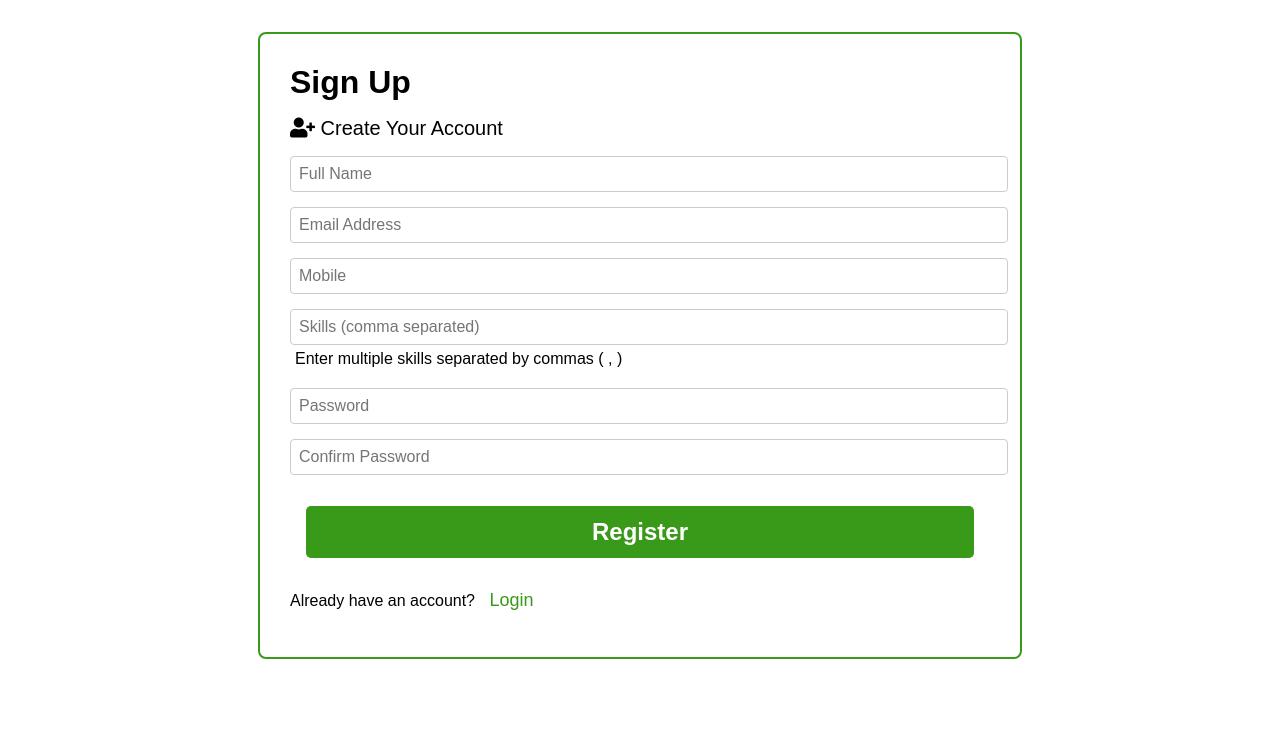
Repository: sayyad-mukthumsa-123/DevMania
Page: /register (app in frontend/)
The author's editor kept a copy of each file at every save. The page is drawn from the files as they stood at one save, then again after the next save.
The browser window is 1280 px wide. The pictures show the whole page.
The project was rebuilt for these pictures with package versions that can differ from the ones it lists, and the page was loaded fresh each time. Also part of the build but not shown: frontend/src/pages/Home.js, frontend/src/pages/login.js, frontend/src/pages/Allprofiles.js, frontend/src/pages/MyProfile.js, frontend/src/pages/Indprofile.js.

Above is the page before, as saved 2025-02-28 23:52:43.

### frontend/public/index.html
<!-- public/index.html -->
<!DOCTYPE html>
<html lang="en">
<head>
  <meta charset="UTF-8">
  <meta name="viewport" content="width=device-width, initial-scale=1.0">
  <title>Developers Hub</title>
  <link rel="stylesheet" href="https://cdnjs.cloudflare.com/ajax/libs/font-awesome/5.15.3/css/all.min.css">
</head>
<body>
  <div id="root"></div>
</body>
</html>

### frontend/src/App.js
import React from 'react'
import {BrowserRouter,Route,Routes} from 'react-router-dom'
import Home from './pages/Home'
import Login from './pages/login'
import Register from './pages/register'
import Allprofiles from './pages/Allprofiles'
import MyProfile from './pages/MyProfile'
import Indprofile from './pages/Indprofile'

const App = () => {
  return (
    <div>

      <BrowserRouter>
      <Routes>
        <Route path='/' exact Component={Home}/>
        <Route path='/login' exact Component={Login}/>
        <Route path='/register' exact Component={Register}/>
        <Route path='/allprofiles' exact Component={Allprofiles}/>
        <Route path='/myprofile' exact Component={MyProfile}/>
        <Route path='/indprofile/:fullname/:email/:skill/:id' exact Component={Indprofile}/>
      </Routes>
      </BrowserRouter>
    </div>
  )
}

export default App

### frontend/src/pages/register.js
import React, { useState } from 'react';
import { Link, useNavigate } from 'react-router-dom';
import axios from 'axios';
import '../styles/styles.css';

const Register = () => {
    const [formData, setFormData] = useState({
        fullname: '',
        email: '',
        mobile: '',
        skill: '',
        password: '',
        confirmPassword: ''
    });

    const navigate = useNavigate();

    const handleChange = e => {
        setFormData({ ...formData, [e.target.name]: e.target.value });
    };

    const handleSubmit = async e => {
        e.preventDefault();

        if (formData.password !== formData.confirmPassword) {
            alert("Passwords do not match");
            return;
        }

        try {
            const response = await axios.post('http://localhost:5000/register', formData, {
                headers: {
                    'Content-Type': 'application/json',
                }
            });

            if (response.status === 200) {
                console.log('Success:', response.data);
                alert('Registration successful! Please log in.');
                navigate('/login');
            } else {
                console.error('Error:', response.statusText);
            }
        } catch (error) {
            console.error('Error:', error);
        }
    };

    return (
        <div>
            <section className="container">
                <h1 className='large'>Sign Up</h1>
                <p className='lead'><i className="fas fa-user-plus"></i> Create Your Account</p>
                <form className='form' onSubmit={handleSubmit} autoComplete='off'>
                    <div className='form-group'>
                        <input
                            type='text'
                            placeholder='Full Name'
                            name="fullname"
                            value={formData.fullname}
                            onChange={handleChange}
                            required
                        />
                    </div>
                    <div className='form-group'>
                        <input
                            type='email'
                            placeholder='Email Address'
                            name="email"
                            value={formData.email}
                            onChange={handleChange}
                            required
                        />
                    </div>
                    <div className='form-group'>
                        <input
                            type='text'
                            placeholder='Mobile'
                            name="mobile"
                            value={formData.mobile}
                            onChange={handleChange}
                            required
                        />
                    </div>
                    <div className='form-group'>
                        <input
                            type='text'
                            placeholder='Skills (comma separated)'
                            name="skill"
                            value={formData.skill}
                            onChange={handleChange}
                            required
                        />
                        <p className='form-text'>Enter multiple skills separated by commas ( , )</p>
                    </div>
                    <div className='form-group'>
                        <input
                            type='password'
                            placeholder='Password'
                            name="password"
                            value={formData.password}
                            onChange={handleChange}
                            minLength='6'
                            required
                        />
                    </div>
                    <div className='form-group'>
                        <input
                            type='password'
                            placeholder='Confirm Password'
                            name="confirmPassword"
                            value={formData.confirmPassword}
                            onChange={handleChange}
                            minLength='6'
                            required
                        />
                    </div>
                    <input type='submit' className='btn' value="Register" />
                </form>
                <p className="text">
                    Already have an account? <Link to="/login" className='link-auth'>Login</Link>
                </p>
            </section>
        </div>
    );
}

export default Register;

### frontend/src/styles/styles.css
/* General reset */
body, html {
  margin: 0;
  padding: 0;
  font-family: Arial, sans-serif;
  width: 100%;
  min-height: 100vh;

}

/* Navbar styles */
.navbar {
  display: flex;
  justify-content: space-between;
  align-items: center;
  padding: 4px;
  font-size: x-large;
  background-color: #22580f
}

.navbar h1 a {
  color: #ffffff;
  text-decoration: none;
}

.navbar ul {
  list-style: none;
  display: flex;
  margin: 0;
  padding: 10px;
  font-size: larger;
}
.navbar ul li
{
  padding: 10px;
  transition: all 0.3s ease;
}
.navbar ul li:hover
{
  transform: scale(1.2);
}
.navbar ul li {
  margin-left: 1rem;
}

.navbar ul li a {
  color: #ffffff;
  text-decoration: none;
}

/* Landing page styles */
/* .landing {
  height: 100%;
  display: flex;
  align-items: center;
  justify-content: center;
  color: black;
  position: relative;
}

.dark-overlay {
  position: absolute;
  top: 0;
  left: 0;
  right: 0;
  bottom: 0;
}

.landing-inner {
  text-align: center;
  z-index: 2;
  position: relative;
}

.x-large {
  font-size: 4rem;
}

.lead {
  font-size: 1.5rem;
  margin-bottom: 2rem;
  color: black;
}

.buttons .btn ,.btn{
  margin: 3rem 2rem;
  padding: 0.75rem 1.25rem;
  border: none;
  border-radius: 5px;
  cursor: pointer;
  text-decoration: none;
  font-size: x-large;
  background-color:#399918 ;
  color: #ffffff;
}


.btn-auth {
  transition: all 0.3s ease;
}
.btn-auth:hover
{
  transform: scale(1.1);
} */

.landing {
  height: 100vh;
  display: flex;
  align-items: center;
  justify-content: center;
  color: white;
  position: relative;
  background: url('../images/home.png') no-repeat center center/cover;
  text-align: center;
  flex-direction: column;
}

.dark-overlay {
  position: absolute;
  top: 0;
  left: 0;
  right: 0;
  bottom: 0;
  background: rgba(0, 0, 0, 0.6); /* Adds a dark overlay for better text visibility */
  display: flex;
  flex-direction: column;
  justify-content: center;
  align-items: center;
}

.landing-inner {
  text-align: center;
  z-index: 2;
  position: relative;
  padding: 2rem;
  max-width: 800px;
}

.x-large {
  font-size: 4rem;
  font-weight: bold;
}

.lead {
  font-size: 1.5rem;
  margin-bottom: 2rem;
}

.buttons {
  display: flex;
  justify-content: center;
  gap: 1.5rem;
}

.btn, .btn-auth {
  margin: 1rem;
  padding: 0.75rem 1.5rem;
  border: none;
  border-radius: 8px;
  cursor: pointer;
  text-decoration: none;
  font-size: 1.25rem;
  font-weight: bold;
  background-color: #399918;
  color: #ffffff;
  transition: all 0.3s ease;
}

.btn-auth:hover {
  transform: scale(1.1);
  background-color: #2e7d12;
}

/* Ensure Navbar stays at the top */
.navbar {
  position: absolute;
  top: 0;
  left: 0;
  width: 100%;
  z-index: 3;
}


/* Container styles */
.container {
  width: 700px;
  margin: 2rem auto;
  padding: 30px;
  border: 2px solid #399918;
  color: black;
  border-radius: 8px;
  position: relative; /* To ensure proper z-index handling */
  z-index: 1; /* Ensures the container is above any background effects */
}

/* Form styles */
.form {


  display: flex;
  flex-direction: column;
}

.form-group {
  margin-bottom: 1.5rem;
}

.form-text
{
  margin:5px !important;
}
.form-group input {
  width: 50%;
  padding: 0.75rem;
  font-size: 1rem;
  border: 1px solid black;
  border-radius: 5px;
  transition: border-color 0.3s ease-in-out, box-shadow 0.3s ease-in-out;
}

.form-group input:focus {
  border-color: #f6f7f9;
  box-shadow: 0 0 8px rgba(0, 123, 255, 0.3);
  outline: none;
}

.btn {
  display: inline-block;
  padding: 0.75rem 1.5rem;
  border: none;
  border-radius: 5px;
  cursor: pointer;
  text-decoration: none;
  font-size: 1.5rem;
  text-align: center;
}

/* .btn-primary {
  background-color: #007bff;
  color: #ffffff;
}

.btn-primary:hover {
  background-color: #0056b3;
  opacity: 0.9;
} */

/* .text-primary {
  color: #f6f8fb;
} */

.large {
  margin: 0 !important;
  font-size: 2rem;
  margin-bottom: 1rem;
}

.lead {
  font-size: 1.25rem;
  margin-bottom: 1rem;
}

.error {
  color: red;
  margin-top: 1rem;
}

p {
  margin-top: 1rem;
}
.link-auth{
  color:#399918;
  text-decoration: none;
  cursor: pointer;
  padding-left:10px ;
  transition: all 0.3s ease;
  display: inline-block;
  font-size: large;
}
.link-auth:hover
{
  transform: scale(1.3);
}
/* Profiles styles */
.profiles {
  display: flex;
  flex-direction: column;
  gap: 1rem;
}

.profile {
  background-color: #f4f4f4;
  padding: 1rem;
  display: flex;
  align-items: center;
  border: 1px solid #ccc;
  box-shadow: 0 4px 8px rgba(0, 0, 0, 0.1);
  border-radius: 5px;
  margin-bottom: 1rem;
}

.profile .round-img {
  width: 100px;
  border-radius: 50%;
  margin-right: 1rem;
}

.profile-info {
  flex: 1;
}

.profile-info h2 {
  margin: 0 0 0.5rem 0;
}

.profile-info p {
  margin: 0.5rem 0;
}

.profile-info .btn {
  display: inline-block;
  background-color:#399918;
  color: #fff;
  padding: 0.5rem 1rem;
  text-decoration: none;
  border-radius: 0.25rem;
  margin-top: 0.5rem;
  transition: all 0.3s ease;
}

.profile-info .btn:hover {
  transform: scale(1.1);
  background-color:#399918;
}

.profile-skills {
  list-style: none;
  padding: 0;
  display: flex;
  flex-direction: column;
  gap: 0.5rem;
  margin-left: 1rem;
  color: black;
}

.profile-skills li {
  display: flex;
  align-items: center;
  color:greenyellow;
}

.profile-skills li i {
  margin-right: 0.5rem;
}

/* GitHub Section */
.profile-github {
  margin-top: 1rem;
}

.profile-github h2 {
  margin-bottom: 1rem;
}

.repo {
  background: #fff;
  padding: 1rem;
  margin-bottom: 1rem;
  border: 1px solid #ccc;
}

.repo h4 {
  margin: 0.5rem 0;
}

.repo p {
  margin: 0.5rem 0;
}

/* Form */
.form {
  margin-top: 1rem;
}

.form-group {
  margin-bottom: 15px;
}

.form-group input {
  width: 100%;
  padding: 0.5rem;
  border: 1px solid #ccc;
  border-radius: 0.25rem;
}

.form-group input:focus {
  border-color: #007bff;
  outline: none;
}

/* .btn-primary {
  background: #007bff;
  color: #fff;
  border: none;
  padding: 0.5rem 1rem;
  cursor: pointer;
}

.btn-primary:hover {
  background: #0056b3;
} */

/* Profile Grid */
.profile-grid {
  display: grid;
  grid-template-columns: 1fr;
  grid-gap: 1rem;
  margin-top: 1rem;
}

.profile-top {
  background: #0a0a0a;
  color: #fff;
  padding: 1rem;
  text-align: center;
}

.profile-top img {
  width: 150px;
  border-radius: 50%;
}

.profile-top h1 {
  margin: 0.5rem 0;
}

.profile-top p {
  margin: 0.5rem 0;
}
a{
  color:aqua
}
 .white-text {
  color: black;
}
 .skill-text {
  /* background-color: #5e585c16;  */
  color: #c51414;
  padding: 10px 15px;
  border-radius: 5px;
  display: flex;
  align-items: center;
  font-size: 16px;
  margin-top: 2px;
  /* box-shadow: 0 2px 4px rgba(0, 0, 0, 0.1);  */
}


.skill-text i {
  color: #28a745;
  margin-right: 30px;
}
.taskprovider
{
  color:#28a745;
  text-decoration: none;
  font-size: xx-large;
}

Loaded but not shown: frontend/src/index.js (common file); frontend/src/index.css (common file); frontend/src/reportWebVitals.js (common file)

After the next save:
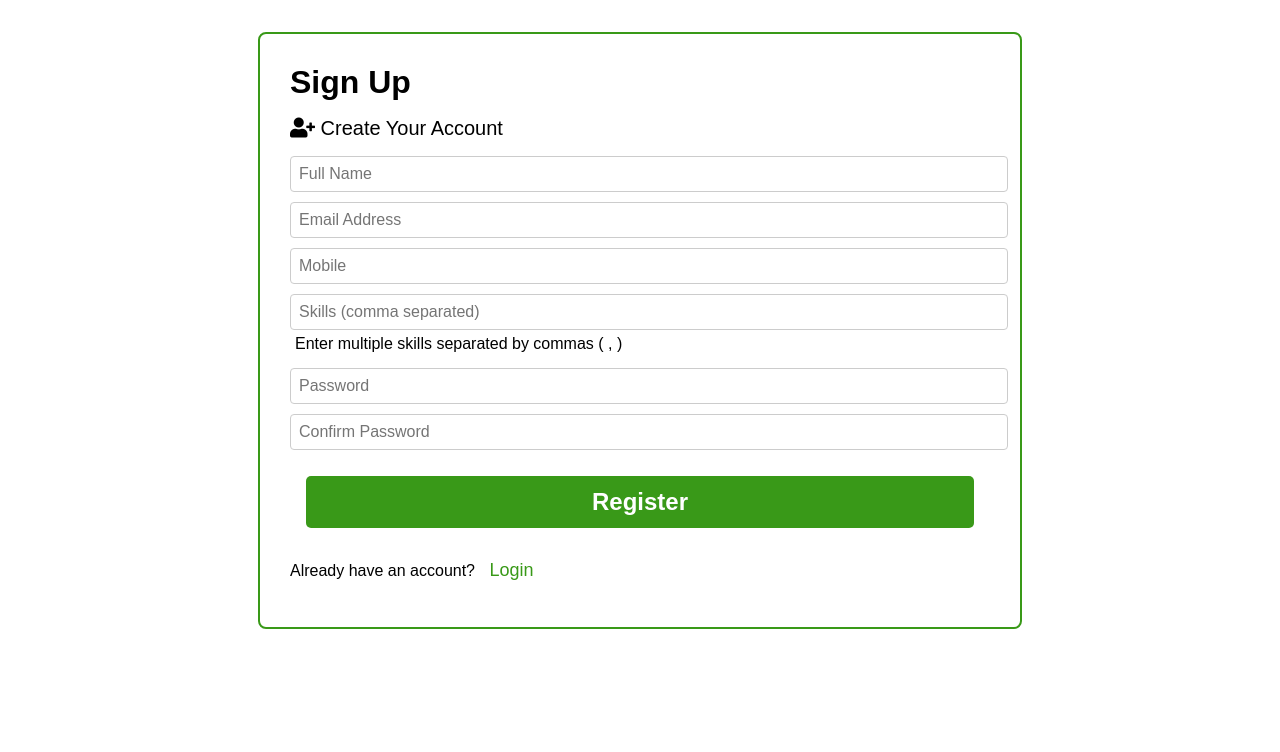
Saved 6 s later.
--- a/frontend/src/styles/styles.css
+++ b/frontend/src/styles/styles.css
@@ -383,7 +383,7 @@ p {
 }
 
 .form-group {
-  margin-bottom: 15px;
+  margin-bottom: 10px;
 }
 
 .form-group input {
